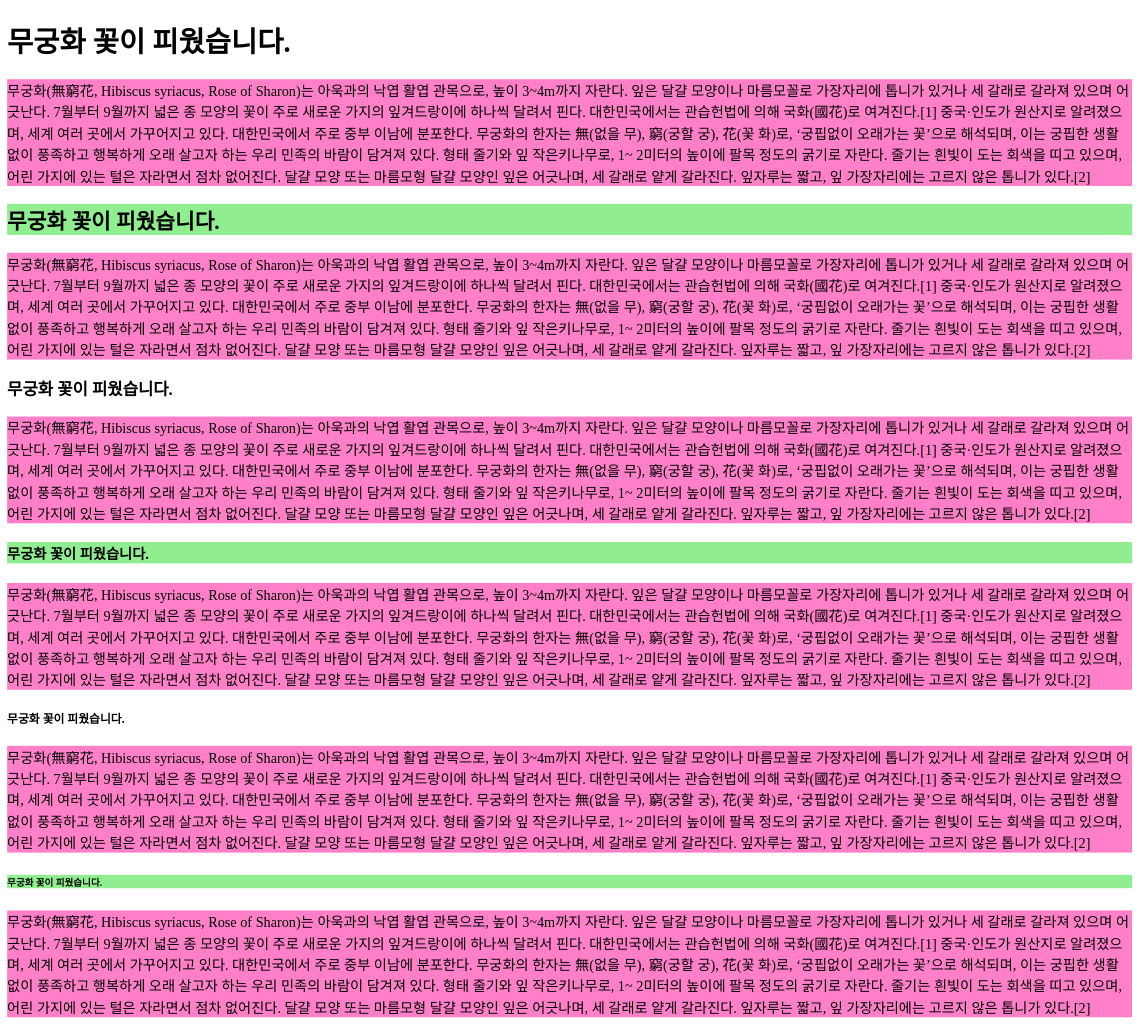
Repository: sH1222J/SH_DDit_WEB_study
Page: workspace/webpro/src/main/webapp/0304/heading제목테스트.html
These files come from the project's save history. The page is drawn as it stood at one moment and after the next save; the edit follows.
The browser window is 1280 px wide. The pictures show the whole page, at 89% of full size.

Above is the page before, as saved 2025-03-04 03:11:15.

After the next save:
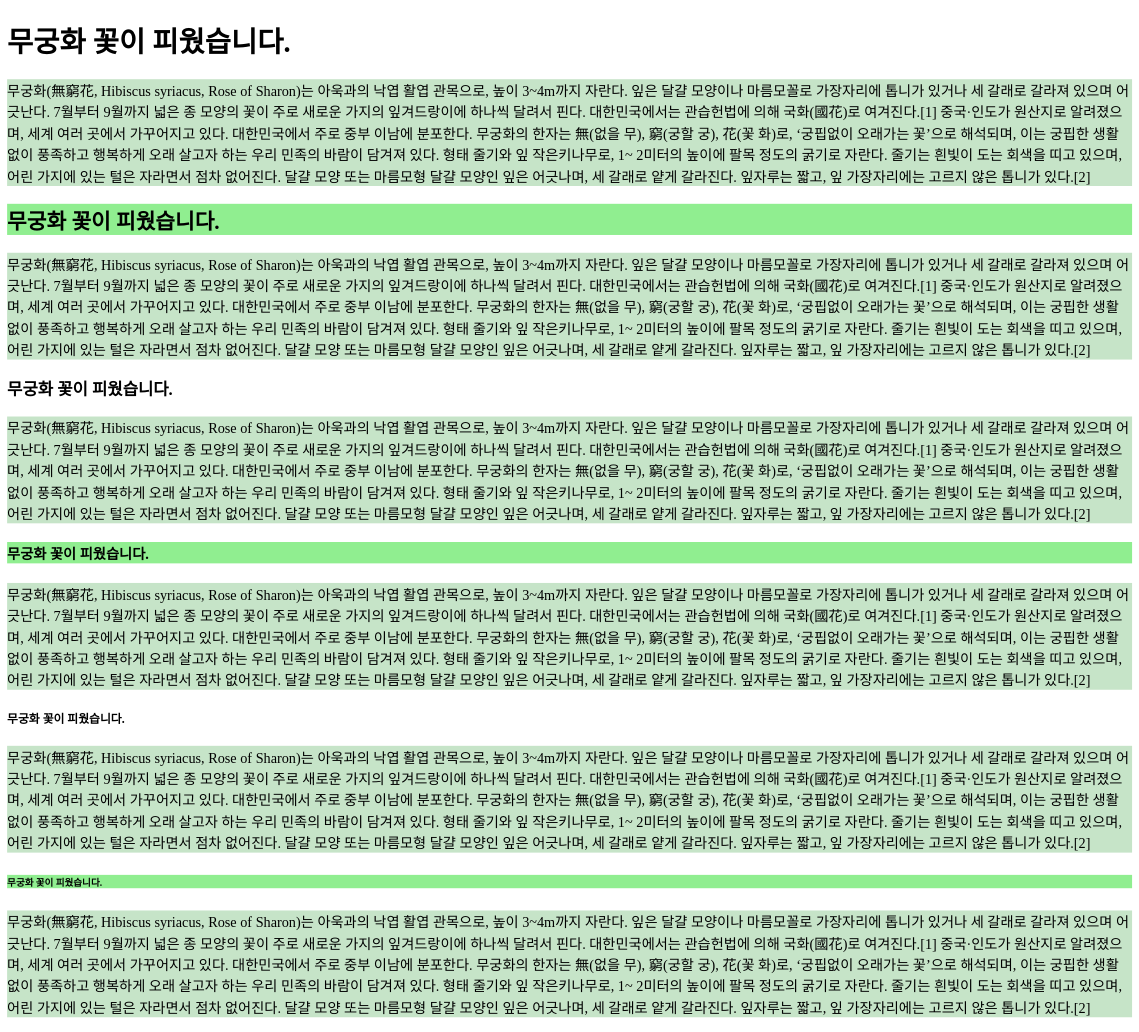
Saved 51 s later.
--- a/workspace/webpro/src/main/webapp/0304/heading제목테스트.html
+++ b/workspace/webpro/src/main/webapp/0304/heading제목테스트.html
@@ -14,7 +14,7 @@ h2,h4,h6 {
 }
 
 p {
-	background: rgb(255, 128, 200);
+	background: rgb(198, 228, 200);
 }
 </style>
 
